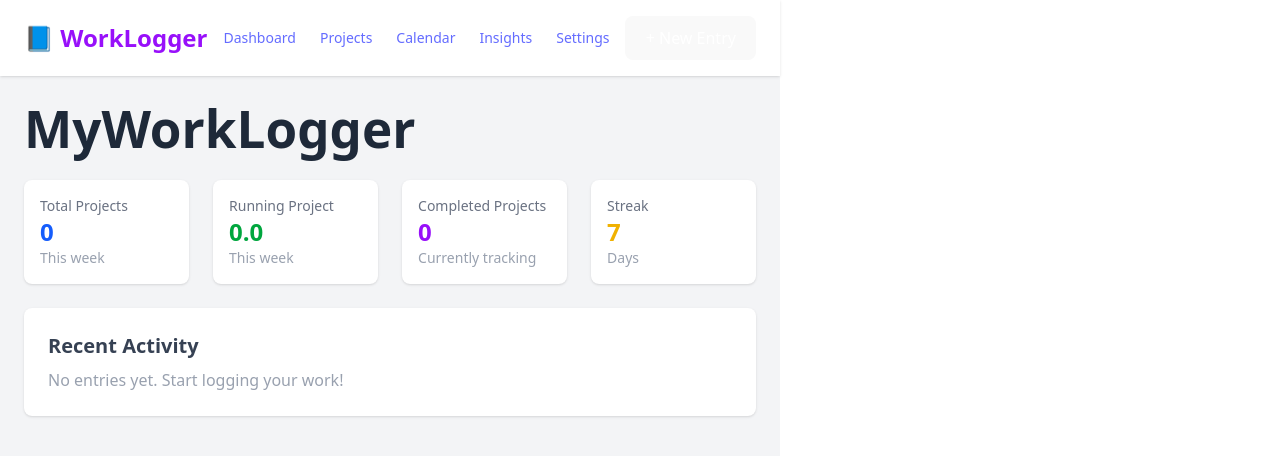
Repository: mohitagrawal0412/Workify
Page: / (app in client/)
These files come from the project's save history. The page is drawn as it stood at one moment and after the next save; the edit follows.
The browser window is 1280 px wide. The pictures show the whole page.
The project was rebuilt for these pictures with package versions that can differ from the ones it lists, and the page was loaded fresh each time. Also part of the build but not shown: client/vite.config.js, client/src/Components/Dashboard/AllProjects.jsx.

Above is the page before, as saved 2025-04-15 09:49:18.

### client/src/App.jsx
import './App.css';
import { BrowserRouter as Router, Routes, Route } from 'react-router-dom';
import Dashboard from './Components/Dashboard/Dashboard';
import AllProjects from './Components/Dashboard/AllProjects'; // adjust path as needed

function App() {
  return (
    <Router>
      <Routes>
        <Route path="/" element={<Dashboard />} />
        <Route path="/projects" element={<AllProjects />} />
      </Routes>
    </Router>
  );
}

export default App;

### client/src/Components/Dashboard/Dashboard.jsx
import React from "react";
import { Link } from "react-router-dom";

const Dashboard = () => {
    return (
        <div className="min-h-screen w-full bg-gray-100 flex flex-col">
            {/* Top Navbar */}
            <nav className="bg-white shadow px-6 py-4 flex flex-col sm:flex-row sm:items-center sm:justify-between gap-4">
                {/* Logo */}
                <div className="flex items-center space-x-2">
                    <span className="text-purple-600 text-2xl font-bold">📘 WorkLogger</span>
                </div>

                {/* Navigation Links */}
                <div className="flex flex-wrap gap-4 sm:gap-6 text-gray-700 text-sm font-medium justify-center sm:justify-start">
                    <Link to="/" className="hover:text-purple-600">Dashboard</Link>
                    <Link to="/projects" className="hover:text-purple-600">Projects</Link>
                    <Link to="/calendar" className="hover:text-purple-600">Calendar</Link>
                    <Link to="/insights" className="hover:text-purple-600">Insights</Link>
                    <Link to="/settings" className="hover:text-purple-600">Settings</Link>
                </div>

                {/* New Entry Button */}
                <div className="flex justify-center sm:justify-end">
                    <button className="bg-purple-600 hover:bg-purple-700 text-white px-4 py-2 rounded-lg text-sm">
                        + New Entry
                    </button>
                </div>
            </nav>

            {/* Main Content */}
            <main className="flex-grow p-4 sm:p-6">
                <h1 className="text-3xl font-bold text-gray-800 mb-6">MyWorkLogger</h1>

                {/* Stats Grid */}
                <div className="grid grid-cols-1 sm:grid-cols-2 lg:grid-cols-4 gap-6 mb-6">
                    <div className="bg-white shadow rounded-lg p-4">
                        <p className="text-sm text-gray-500">Total Projects</p>
                        <p className="text-2xl font-bold text-blue-600">0</p>
                        <p className="text-sm text-gray-400">This week</p>
                    </div>
                    <div className="bg-white shadow rounded-lg p-4">
                        <p className="text-sm text-gray-500">Running Project</p>
                        <p className="text-2xl font-bold text-green-600">0.0</p>
                        <p className="text-sm text-gray-400">This week</p>
                    </div>
                    <div className="bg-white shadow rounded-lg p-4">
                        <p className="text-sm text-gray-500">Completed Projects</p>
                        <p className="text-2xl font-bold text-purple-600">0</p>
                        <p className="text-sm text-gray-400">Currently tracking</p>
                    </div>
                    <div className="bg-white shadow rounded-lg p-4">
                        <p className="text-sm text-gray-500">Streak</p>
                        <p className="text-2xl font-bold text-yellow-500">7</p>
                        <p className="text-sm text-gray-400">Days</p>
                    </div>
                </div>

                {/* Recent Activity */}
                <div className="bg-white shadow rounded-lg p-6">
                    <h2 className="text-xl font-semibold text-gray-700 mb-2">Recent Activity</h2>
                    <p className="text-gray-400">No entries yet. Start logging your work!</p>
                </div>
            </main>
        </div>
    );
};

export default Dashboard;

Loaded but not shown: client/index.html (common file); client/src/main.jsx (common file); client/src/index.css (common file); client/src/App.css (common file)

After the next save:
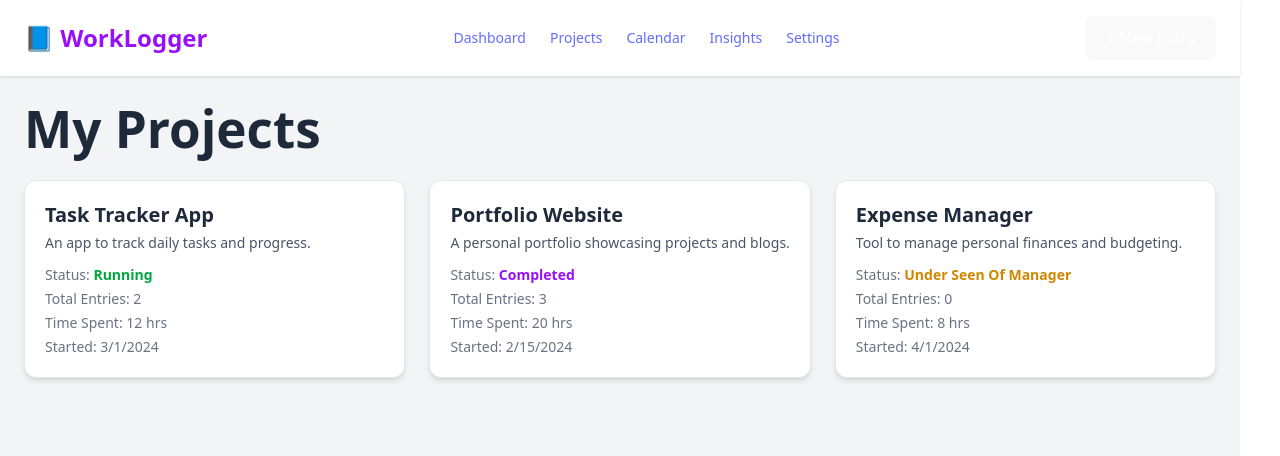
Saved 98 s later.
--- a/client/src/Components/Dashboard/Dashboard.jsx
+++ b/client/src/Components/Dashboard/Dashboard.jsx
@@ -1,17 +1,45 @@
 import React from "react";
 import { Link } from "react-router-dom";
+
+const dummyProjects = [
+    {
+        _id: "1",
+        projectName: "Task Tracker App",
+        description: "An app to track daily tasks and progress.",
+        totalSpentTime: 12,
+        status: "running",
+        entries: [1, 2],
+        createdAt: "2024-03-01T10:00:00Z",
+    },
+    {
+        _id: "2",
+        projectName: "Portfolio Website",
+        description: "A personal portfolio showcasing projects and blogs.",
+        totalSpentTime: 20,
+        status: "completed",
+        entries: [1, 2, 3],
+        createdAt: "2024-02-15T08:30:00Z",
+    },
+    {
+        _id: "3",
+        projectName: "Expense Manager",
+        description: "Tool to manage personal finances and budgeting.",
+        totalSpentTime: 8,
+        status: "under seen of manager",
+        entries: [],
+        createdAt: "2024-04-01T14:45:00Z",
+    },
+];
 
 const Dashboard = () => {
     return (
         <div className="min-h-screen w-full bg-gray-100 flex flex-col">
             {/* Top Navbar */}
             <nav className="bg-white shadow px-6 py-4 flex flex-col sm:flex-row sm:items-center sm:justify-between gap-4">
-                {/* Logo */}
                 <div className="flex items-center space-x-2">
                     <span className="text-purple-600 text-2xl font-bold">📘 WorkLogger</span>
                 </div>
 
-                {/* Navigation Links */}
                 <div className="flex flex-wrap gap-4 sm:gap-6 text-gray-700 text-sm font-medium justify-center sm:justify-start">
                     <Link to="/" className="hover:text-purple-600">Dashboard</Link>
                     <Link to="/projects" className="hover:text-purple-600">Projects</Link>
@@ -20,7 +48,6 @@
                     <Link to="/settings" className="hover:text-purple-600">Settings</Link>
                 </div>
 
-                {/* New Entry Button */}
                 <div className="flex justify-center sm:justify-end">
                     <button className="bg-purple-600 hover:bg-purple-700 text-white px-4 py-2 rounded-lg text-sm">
                         + New Entry
@@ -30,36 +57,22 @@
 
             {/* Main Content */}
             <main className="flex-grow p-4 sm:p-6">
-                <h1 className="text-3xl font-bold text-gray-800 mb-6">MyWorkLogger</h1>
+                <h1 className="text-3xl font-bold text-gray-800 mb-6">My Projects</h1>
 
-                {/* Stats Grid */}
-                <div className="grid grid-cols-1 sm:grid-cols-2 lg:grid-cols-4 gap-6 mb-6">
-                    <div className="bg-white shadow rounded-lg p-4">
-                        <p className="text-sm text-gray-500">Total Projects</p>
-                        <p className="text-2xl font-bold text-blue-600">0</p>
-                        <p className="text-sm text-gray-400">This week</p>
-                    </div>
-                    <div className="bg-white shadow rounded-lg p-4">
-                        <p className="text-sm text-gray-500">Running Project</p>
-                        <p className="text-2xl font-bold text-green-600">0.0</p>
-                        <p className="text-sm text-gray-400">This week</p>
-                    </div>
-                    <div className="bg-white shadow rounded-lg p-4">
-                        <p className="text-sm text-gray-500">Completed Projects</p>
-                        <p className="text-2xl font-bold text-purple-600">0</p>
-                        <p className="text-sm text-gray-400">Currently tracking</p>
-                    </div>
-                    <div className="bg-white shadow rounded-lg p-4">
-                        <p className="text-sm text-gray-500">Streak</p>
-                        <p className="text-2xl font-bold text-yellow-500">7</p>
-                        <p className="text-sm text-gray-400">Days</p>
-                    </div>
-                </div>
-
-                {/* Recent Activity */}
-                <div className="bg-white shadow rounded-lg p-6">
-                    <h2 className="text-xl font-semibold text-gray-700 mb-2">Recent Activity</h2>
-                    <p className="text-gray-400">No entries yet. Start logging your work!</p>
+                {/* Project Cards */}
+                <div className="grid grid-cols-1 sm:grid-cols-2 lg:grid-cols-3 gap-6">
+                    {dummyProjects.map(project => (
+                        <div key={project._id} className="bg-white rounded-xl shadow-md p-5 border border-gray-200 hover:shadow-lg transition-shadow duration-200">
+                            <h2 className="text-xl font-semibold text-gray-800 mb-1">{project.projectName}</h2>
+                            <p className="text-sm text-gray-600 mb-3">{project.description}</p>
+                            <div className="text-sm text-gray-500 space-y-1">
+                                <p><span className="font-medium">Status:</span> <span className={`capitalize font-semibold ${project.status === 'running' ? 'text-green-600' : project.status === 'completed' ? 'text-purple-600' : 'text-yellow-600'}`}>{project.status}</span></p>
+                                <p><span className="font-medium">Total Entries:</span> {project.entries.length}</p>
+                                <p><span className="font-medium">Time Spent:</span> {project.totalSpentTime} hrs</p>
+                                <p><span className="font-medium">Started:</span> {new Date(project.createdAt).toLocaleDateString()}</p>
+                            </div>
+                        </div>
+                    ))}
                 </div>
             </main>
         </div>

After the save that followed:
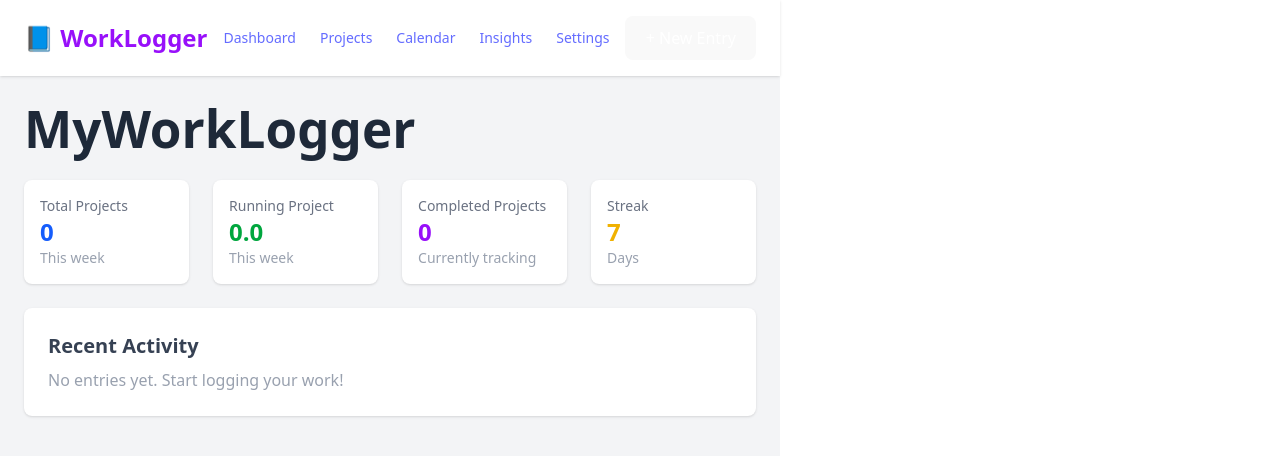
Saved 15 s later.
--- a/client/src/Components/Dashboard/Dashboard.jsx
+++ b/client/src/Components/Dashboard/Dashboard.jsx
@@ -1,45 +1,17 @@
 import React from "react";
 import { Link } from "react-router-dom";
-
-const dummyProjects = [
-    {
-        _id: "1",
-        projectName: "Task Tracker App",
-        description: "An app to track daily tasks and progress.",
-        totalSpentTime: 12,
-        status: "running",
-        entries: [1, 2],
-        createdAt: "2024-03-01T10:00:00Z",
-    },
-    {
-        _id: "2",
-        projectName: "Portfolio Website",
-        description: "A personal portfolio showcasing projects and blogs.",
-        totalSpentTime: 20,
-        status: "completed",
-        entries: [1, 2, 3],
-        createdAt: "2024-02-15T08:30:00Z",
-    },
-    {
-        _id: "3",
-        projectName: "Expense Manager",
-        description: "Tool to manage personal finances and budgeting.",
-        totalSpentTime: 8,
-        status: "under seen of manager",
-        entries: [],
-        createdAt: "2024-04-01T14:45:00Z",
-    },
-];
 
 const Dashboard = () => {
     return (
         <div className="min-h-screen w-full bg-gray-100 flex flex-col">
             {/* Top Navbar */}
             <nav className="bg-white shadow px-6 py-4 flex flex-col sm:flex-row sm:items-center sm:justify-between gap-4">
+                {/* Logo */}
                 <div className="flex items-center space-x-2">
                     <span className="text-purple-600 text-2xl font-bold">📘 WorkLogger</span>
                 </div>
 
+                {/* Navigation Links */}
                 <div className="flex flex-wrap gap-4 sm:gap-6 text-gray-700 text-sm font-medium justify-center sm:justify-start">
                     <Link to="/" className="hover:text-purple-600">Dashboard</Link>
                     <Link to="/projects" className="hover:text-purple-600">Projects</Link>
@@ -48,6 +20,7 @@
                     <Link to="/settings" className="hover:text-purple-600">Settings</Link>
                 </div>
 
+                {/* New Entry Button */}
                 <div className="flex justify-center sm:justify-end">
                     <button className="bg-purple-600 hover:bg-purple-700 text-white px-4 py-2 rounded-lg text-sm">
                         + New Entry
@@ -57,22 +30,36 @@
 
             {/* Main Content */}
             <main className="flex-grow p-4 sm:p-6">
-                <h1 className="text-3xl font-bold text-gray-800 mb-6">My Projects</h1>
+                <h1 className="text-3xl font-bold text-gray-800 mb-6">MyWorkLogger</h1>
 
-                {/* Project Cards */}
-                <div className="grid grid-cols-1 sm:grid-cols-2 lg:grid-cols-3 gap-6">
-                    {dummyProjects.map(project => (
-                        <div key={project._id} className="bg-white rounded-xl shadow-md p-5 border border-gray-200 hover:shadow-lg transition-shadow duration-200">
-                            <h2 className="text-xl font-semibold text-gray-800 mb-1">{project.projectName}</h2>
-                            <p className="text-sm text-gray-600 mb-3">{project.description}</p>
-                            <div className="text-sm text-gray-500 space-y-1">
-                                <p><span className="font-medium">Status:</span> <span className={`capitalize font-semibold ${project.status === 'running' ? 'text-green-600' : project.status === 'completed' ? 'text-purple-600' : 'text-yellow-600'}`}>{project.status}</span></p>
-                                <p><span className="font-medium">Total Entries:</span> {project.entries.length}</p>
-                                <p><span className="font-medium">Time Spent:</span> {project.totalSpentTime} hrs</p>
-                                <p><span className="font-medium">Started:</span> {new Date(project.createdAt).toLocaleDateString()}</p>
-                            </div>
-                        </div>
-                    ))}
+                {/* Stats Grid */}
+                <div className="grid grid-cols-1 sm:grid-cols-2 lg:grid-cols-4 gap-6 mb-6">
+                    <div className="bg-white shadow rounded-lg p-4">
+                        <p className="text-sm text-gray-500">Total Projects</p>
+                        <p className="text-2xl font-bold text-blue-600">0</p>
+                        <p className="text-sm text-gray-400">This week</p>
+                    </div>
+                    <div className="bg-white shadow rounded-lg p-4">
+                        <p className="text-sm text-gray-500">Running Project</p>
+                        <p className="text-2xl font-bold text-green-600">0.0</p>
+                        <p className="text-sm text-gray-400">This week</p>
+                    </div>
+                    <div className="bg-white shadow rounded-lg p-4">
+                        <p className="text-sm text-gray-500">Completed Projects</p>
+                        <p className="text-2xl font-bold text-purple-600">0</p>
+                        <p className="text-sm text-gray-400">Currently tracking</p>
+                    </div>
+                    <div className="bg-white shadow rounded-lg p-4">
+                        <p className="text-sm text-gray-500">Streak</p>
+                        <p className="text-2xl font-bold text-yellow-500">7</p>
+                        <p className="text-sm text-gray-400">Days</p>
+                    </div>
+                </div>
+
+                {/* Recent Activity */}
+                <div className="bg-white shadow rounded-lg p-6">
+                    <h2 className="text-xl font-semibold text-gray-700 mb-2">Recent Activity</h2>
+                    <p className="text-gray-400">No entries yet. Start logging your work!</p>
                 </div>
             </main>
         </div>
